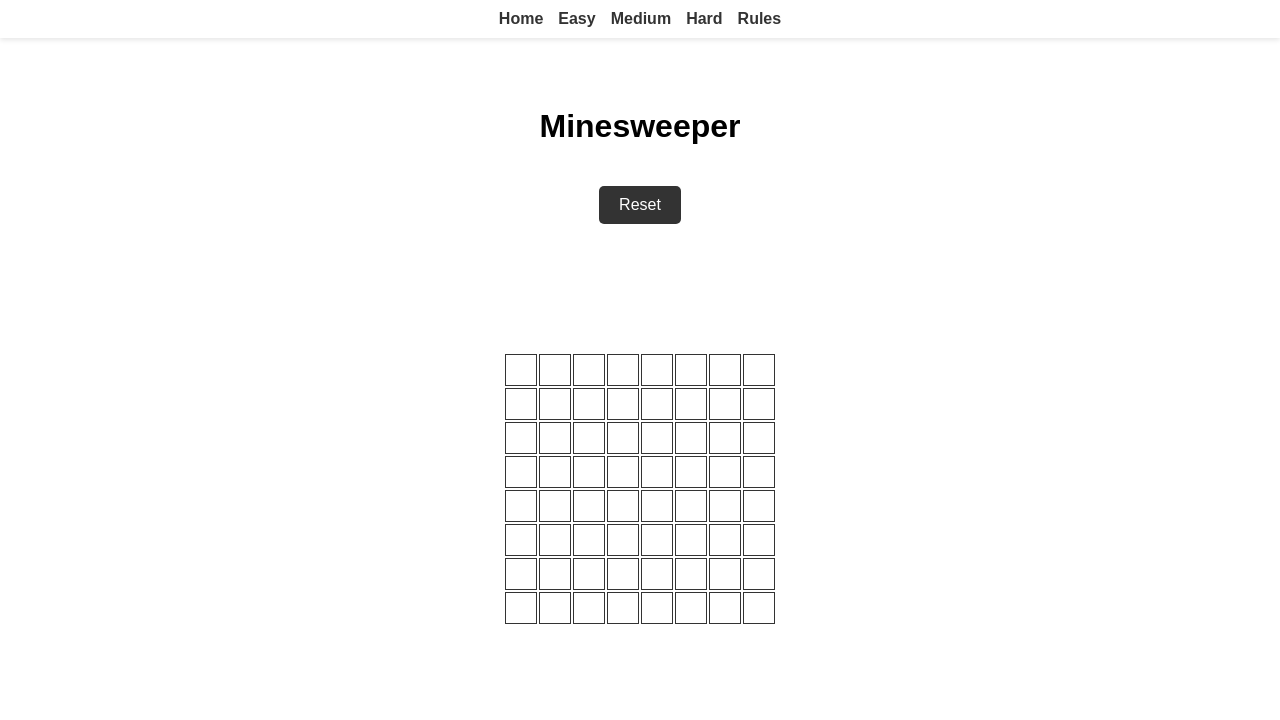
Repository: liwingy/-WingYee-_-Li-project2
Page: /game/easy (app in minesweeper/)
An editor plug-in stored every save of this project. The page is shown before and after the next save, followed by the edit.
The browser window is 1280 px wide. The pictures show the whole page.
The project was rebuilt for these pictures with package versions that can differ from the ones it lists, and the page was loaded fresh each time. Also part of the build but not shown: minesweeper/src/views/Homepage.js, minesweeper/src/views/Rules.js.

Above is the page before, as saved 2024-11-11 14:30:58.

### minesweeper/src/App.js
import './styles.css';
import { BrowserRouter as Router, Routes, Route, Link } from 'react-router-dom';
import Homepage from './views/Homepage';
import Game from './views/Game';
import Rules from './views/Rules';

function App() {
  return (
    <Router>
      <nav>
        <Link to="/">Home</Link>
        <Link to="/game/easy">Easy</Link>
        <Link to="/game/medium">Medium</Link>
        <Link to="/game/hard">Hard</Link>
        <Link to="/rules">Rules</Link>
      </nav>
      <Routes>
        <Route path="/" element={<Homepage />} />
        <Route path="/game/:difficulty" element={<Game />} />
        <Route path="/rules" element={<Rules />} />
      </Routes>
    </Router>
  );
}

export default App;

### minesweeper/src/styles.css
/* General Styles */
body, html {
  display: flex;
  justify-content: center;
  align-items: center;
  height: 100vh;
  margin: 0;
  font-family: Arial, sans-serif;
  text-align: center;
  overflow: hidden; /* Prevent the entire page from scrolling */
}

/* Main Container */
.main-container {
  display: flex;
  flex-direction: column;
  align-items: center;
  width: 100%;
  max-width: 600px;
  margin-top: 60px; /* Add top margin to avoid overlap with navbar */
}

/* Navbar Styling */
nav {
  position: fixed;
  top: 0;
  left: 0;
  right: 0;
  display: flex;
  gap: 15px;
  justify-content: center;
  background-color: white;
  padding: 10px;
  box-shadow: 0 2px 5px rgba(0, 0, 0, 0.1);
  z-index: 1000;
}

nav a {
  text-decoration: none;
  color: #333;
  font-weight: bold;
}

nav a:hover {
  color: #555;
}

/* Header Styling for Game Title and Reset Button */
.header {
  position: fixed;
  top: 50px; /* Space it below the navbar */
  left: 0;
  right: 0;
  background-color: white;
  padding: 10px;
  text-align: center;
  box-shadow: 0 2px 5px rgba(0, 0, 0, 0.1);
  z-index: 1000;
}

/* Board Styling */
.board {
  margin-top: 120px; /* Make space for the navbar and header */
  display: grid;
  gap: 2px;
  justify-content: center;
  max-height: 70vh; /* Set a max height for scrolling */
  overflow-y: auto; /* Enable vertical scrolling */
  padding: 10px; /* Optional padding for visual separation */
}

/* Cell Styling */
.cell {
  width: 30px;
  height: 30px;
  border: 1px solid #333;
  display: flex;
  align-items: center;
  justify-content: center;
  font-size: 20px;
  cursor: pointer;
}

/* Revealed Cell Styling */
.cell.revealed {
  background-color: #d0d0d0;
}

/* Hover Effect for Cell */
.cell:hover {
  background-color: #e0e0e0;
}

/* Adjust the cell size for larger grids in hard mode */
.board.hard .cell {
  width: 20px;
  height: 20px;
  font-size: 16px;
}

/* Responsive adjustments for larger screens */
@media (min-width: 1024px) {
  .board.hard .cell {
    width: 25px;
    height: 25px;
    font-size: 16px;
  }
}

/* Button Styling */
button {
  margin-top: 20px;
  padding: 10px 20px;
  font-size: 16px;
  cursor: pointer;
  background-color: #333;
  color: #fff;
  border: none;
  border-radius: 5px;
}

button:hover {
  background-color: #555;
}

### minesweeper/src/views/Game.js
import React, { useState, useEffect } from 'react';
import { useParams } from 'react-router-dom';
import Cell from '../components/Cell';

function Game() {
  const { difficulty } = useParams();
  const [grid, setGrid] = useState([]);
  const [isGameOver, setIsGameOver] = useState(false);
  const [hasWon, setHasWon] = useState(false);

  // Sets up the size of the grid and the number of mines based on the selected difficulty level
  const config = {
    easy: { size: 8, mines: 10 },
    medium: { size: 16, mines: 40 },
    hard: { size: 30, mines: 99 },
  }[difficulty] || { size: 8, mines: 10 }; // Default to easy if something goes wrong

  // Reset the game every time the difficulty changes
  useEffect(() => {
    resetGame();
  }, [difficulty]);

  // Sets up a new grid and adds mines
  function initializeGrid() {
    // Create a blank grid with cells set to "not revealed" and no mines
    const emptyGrid = Array.from({ length: config.size }, () =>
      Array.from({ length: config.size }, () => ({
        isRevealed: false,
        isMine: false,
        adjacentMines: 0,
      }))
    );

    // Add mines to the grid
    placeMines(emptyGrid);
    setGrid(emptyGrid);
  }

  // Randomly add mines to cells in the grid
  function placeMines(grid) {
    let minesPlaced = 0;
    while (minesPlaced < config.mines) {
      const row = Math.floor(Math.random() * config.size);
      const col = Math.floor(Math.random() * config.size);

      // Only place a mine if there's not already one there
      if (!grid[row][col].isMine) {
        grid[row][col] = { ...grid[row][col], isMine: true };
        updateAdjacentCounts(grid, row, col); // Update nearby cells to track this new mine
        minesPlaced++;
      }
    }
  }

  // Increments the "adjacentMines" count for cells around a newly placed mine
  function updateAdjacentCounts(grid, row, col) {
    for (let r = Math.max(row - 1, 0); r <= Math.min(row + 1, config.size - 1); r++) {
      for (let c = Math.max(col - 1, 0); c <= Math.min(col + 1, config.size - 1); c++) {
        if (!grid[r][c].isMine) {
          grid[r][c].adjacentMines++;
        }
      }
    }
  }

  // Handles what happens when a player clicks a cell
  function handleClick(row, col) {
    // Do nothing if the game is already over or if the cell is already revealed
    if (isGameOver || grid[row][col].isRevealed) return;

    const newGrid = [...grid];

    // If the cell is a mine, game over!
    if (newGrid[row][col].isMine) {
      setIsGameOver(true);
      alert("Game over! You hit a bomb!");
      revealAllMines(newGrid); // Show all mines
      setGrid(newGrid);
      return;
    }

    // If it's safe, start revealing cells recursively
    revealCell(newGrid, row, col);
    setGrid(newGrid);

    // Check if all non-mine cells are revealed, meaning the player wins
    if (checkWin(newGrid)) {
      setHasWon(true);
      alert("Congratulations! You won!");
    }
  }

  // Recursive function to reveal cells with 0 adjacent mines
  function revealCell(grid, row, col) {
    if (
      row < 0 || col < 0 || row >= config.size || col >= config.size ||
      grid[row][col].isRevealed || grid[row][col].isMine
    ) {
      return; // Stop if out of bounds, already revealed, or a mine
    }

    grid[row][col].isRevealed = true;

    // If the cell has no adjacent mines, keep revealing nearby cells
    if (grid[row][col].adjacentMines === 0) {
      revealCell(grid, row - 1, col);
      revealCell(grid, row + 1, col);
      revealCell(grid, row, col - 1);
      revealCell(grid, row, col + 1);
      revealCell(grid, row - 1, col - 1);
      revealCell(grid, row - 1, col + 1);
      revealCell(grid, row + 1, col - 1);
      revealCell(grid, row + 1, col + 1);
    }
  }

  // Shows all mines when the game is over
  function revealAllMines(grid) {
    grid.forEach(row => {
      row.forEach(cell => {
        if (cell.isMine) {
          cell.isRevealed = true;
        }
      });
    });
  }

  // Checks if the player has revealed all non-mine cells
  function checkWin(grid) {
    return grid.flat().every(cell => cell.isMine || cell.isRevealed);
  }

  // Resets the game by reinitializing the grid and resetting the game state
  function resetGame() {
    setIsGameOver(false);
    setHasWon(false);
    initializeGrid();
  }

  return (
    <div>
      <h1>{isGameOver ? "Game Over" : hasWon ? "You Won!" : "Minesweeper"}</h1>
      <button onClick={resetGame}>Reset</button>
      <div className="board" style={{ gridTemplateColumns: `repeat(${config.size}, 1fr)` }}>
        {grid.map((row, rIndex) =>
          row.map((cell, cIndex) => (
            <Cell
              key={`${rIndex}-${cIndex}`}
              isRevealed={cell.isRevealed}
              isMine={cell.isMine}
              adjacentMines={cell.adjacentMines}
              onClick={() => handleClick(rIndex, cIndex)}
            />
          ))
        )}
      </div>
    </div>
  );
}

export default Game;

### minesweeper/src/components/Cell.js
import React from 'react';

function Cell({ isRevealed, isMine, adjacentMines, onClick }) {
  let content = '';
  if (isRevealed) {
    content = isMine ? '💣' : (adjacentMines > 0 ? adjacentMines : '');
  }

  return (
    <div
      className={`cell ${isRevealed ? 'revealed' : ''}`}
      onClick={onClick}
    >
      {content}
    </div>
  );
}

export default Cell;

Loaded but not shown: minesweeper/public/index.html (common file); minesweeper/src/index.js (common file)

After the next save:
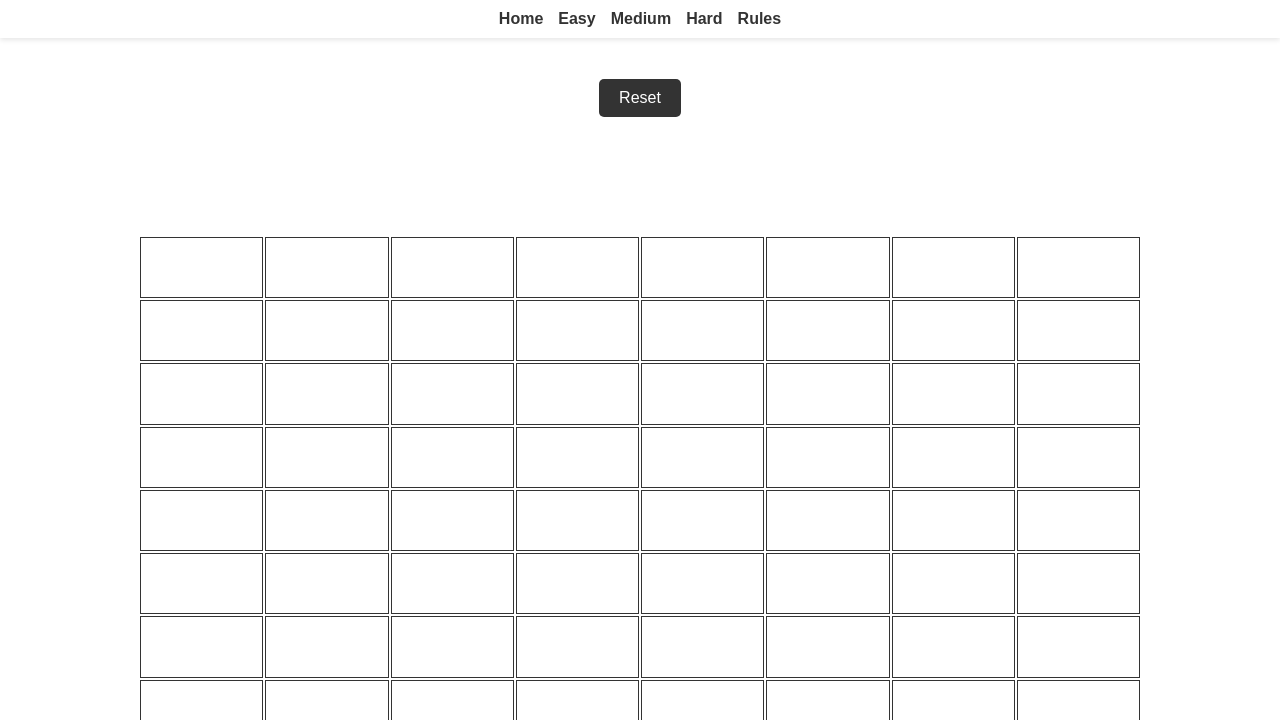
Saved 2 min 42 s later.
--- a/minesweeper/src/styles.css
+++ b/minesweeper/src/styles.css
@@ -7,7 +7,7 @@ body, html {
   margin: 0;
   font-family: Arial, sans-serif;
   text-align: center;
-  overflow: hidden; /* Prevent the entire page from scrolling */
+  overflow: hidden; /* Prevent entire page scrolling */
 }
 
 /* Main Container */
@@ -17,7 +17,7 @@ body, html {
   align-items: center;
   width: 100%;
   max-width: 600px;
-  margin-top: 60px; /* Add top margin to avoid overlap with navbar */
+  margin-top: 60px;
 }
 
 /* Navbar Styling */
@@ -48,7 +48,7 @@ nav a:hover {
 /* Header Styling for Game Title and Reset Button */
 .header {
   position: fixed;
-  top: 50px; /* Space it below the navbar */
+  top: 50px;
   left: 0;
   right: 0;
   background-color: white;
@@ -60,50 +60,49 @@ nav a:hover {
 
 /* Board Styling */
 .board {
-  margin-top: 120px; /* Make space for the navbar and header */
+  margin-top: 120px;
   display: grid;
   gap: 2px;
   justify-content: center;
-  max-height: 70vh; /* Set a max height for scrolling */
-  overflow-y: auto; /* Enable vertical scrolling */
-  padding: 10px; /* Optional padding for visual separation */
+  height: 70vh; /* Constrain board height */
+  width: 90vw; /* Adjust to viewport width */
+  max-width: 1000px; /* Optional max width for larger screens */
 }
 
 /* Cell Styling */
 .cell {
-  width: 30px;
-  height: 30px;
   border: 1px solid #333;
   display: flex;
   align-items: center;
   justify-content: center;
-  font-size: 20px;
   cursor: pointer;
 }
 
-/* Revealed Cell Styling */
-.cell.revealed {
-  background-color: #d0d0d0;
+/* Adjust the cell size based on the board size */
+.board.easy .cell {
+  width: 40px;
+  height: 40px;
+  font-size: 20px;
 }
 
-/* Hover Effect for Cell */
-.cell:hover {
-  background-color: #e0e0e0;
+.board.medium .cell {
+  width: 30px;
+  height: 30px;
+  font-size: 16px;
 }
 
-/* Adjust the cell size for larger grids in hard mode */
 .board.hard .cell {
-  width: 20px;
-  height: 20px;
-  font-size: 16px;
+  width: 15px;
+  height: 15px;
+  font-size: 12px;
 }
 
 /* Responsive adjustments for larger screens */
 @media (min-width: 1024px) {
   .board.hard .cell {
-    width: 25px;
-    height: 25px;
-    font-size: 16px;
+    width: 20px;
+    height: 20px;
+    font-size: 14px;
   }
 }
 
